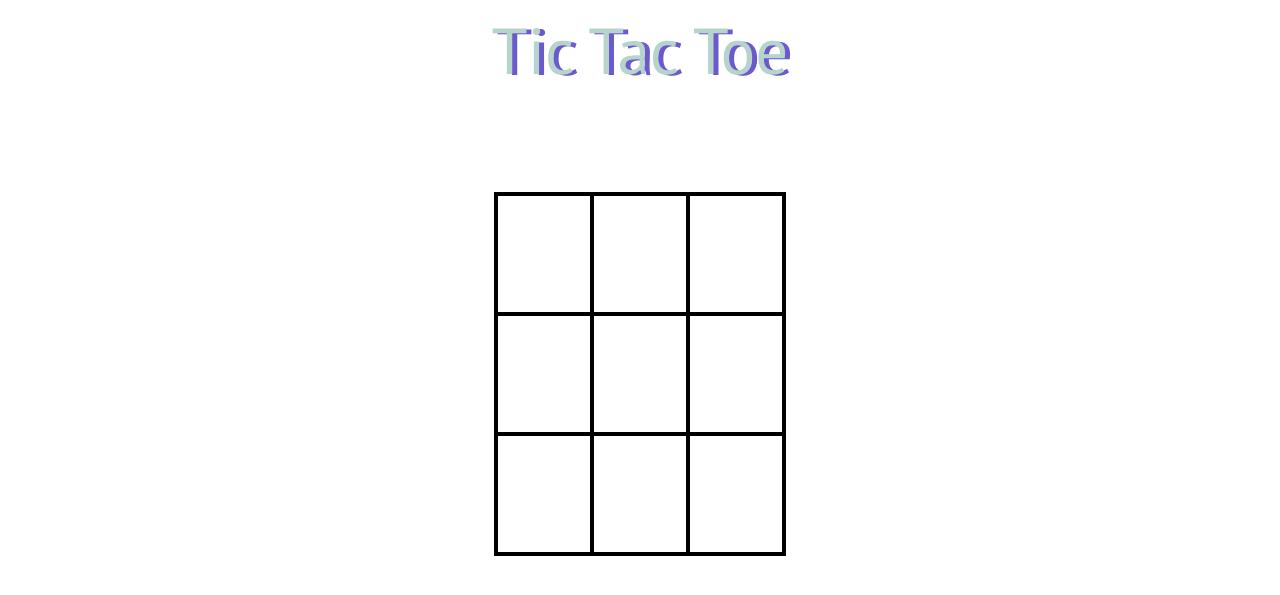
Repository: chin9/TicTacToe
Page: index.html
These files come from the project's save history. The page is drawn as it stood at one moment and after the next save; the edit follows.
The browser window is 1280 px wide. The pictures show the whole page.

Above is the page before, as saved 2021-05-12 13:48:57.

### index.html
<head>
    <link rel='stylesheet' href='style.css'>
</head>

<title> TicTacToe</title>

<header>Tic Tac Toe</header>


<body>
    <div class='board'>

        <div class='grid'>

        </div>

        <div class='grid'>

        </div>

        <div class='grid'>

        </div>

        <div class='grid'>

        </div>

        <div class='grid'>

        </div>

        <div class='grid'>

        </div>

        <div class='grid'>

        </div>

        <div class='grid'>

        </div>

        <div class='grid'>

        </div>

    </div>
</body>

### style.css
@import url('https://fonts.googleapis.com/css2?family=PT+Sans&display=swap');


header{
    font-family: 'PT Sans', sans-serif;
    font-size: 65px;
    color: rgb(182, 212, 203);
    text-shadow: 5px 1px slateblue;
    text-align: center;
}

body{
    display: flex;
    flex-direction: column;
    align-items: center;

}

.board{
    height: 50vh;
    width: 40vh;

    position: relative;
    top: 100px;

    display: grid;
    grid-template-columns: 1fr 1fr 1fr;
    grid-template-rows: 1fr 1fr 1fr;

    border: 2px black solid;
}

.grid{
    border: 2px black solid;
}

After the next save:
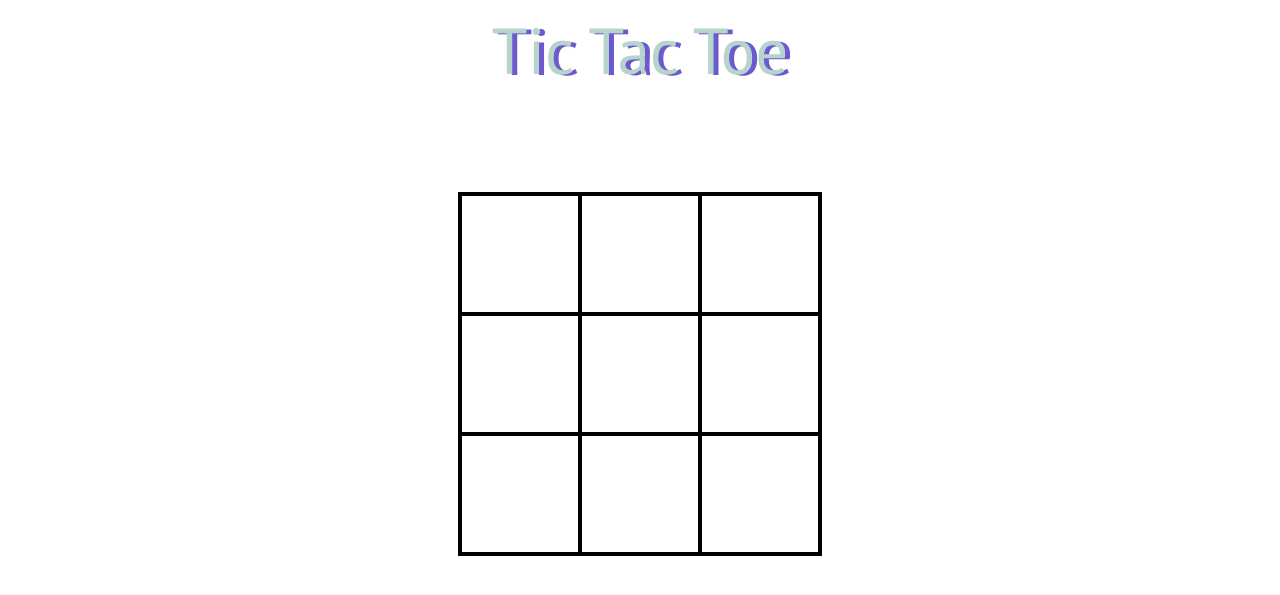
Saved 4 s later.
--- a/style.css
+++ b/style.css
@@ -18,7 +18,7 @@ body{
 
 .board{
     height: 50vh;
-    width: 40vh;
+    width: 50vh;
 
     position: relative;
     top: 100px;
